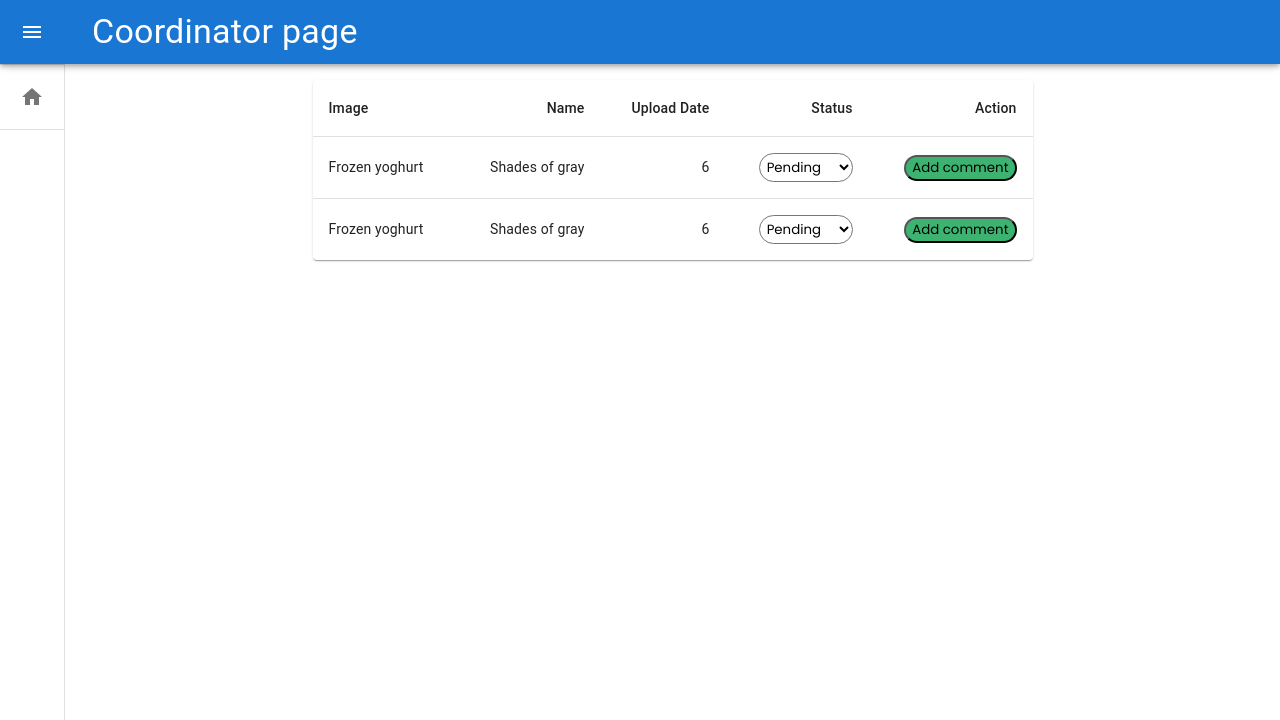
Repository: huynhvanngoan/COMP1640FE-Template
Page: /marketing-dashboard
These files come from the project's save history. The page is drawn as it stood at one moment and after the next save; the edit follows.
The browser window is 1280 px wide. The pictures show the whole page.
The project was rebuilt for these pictures with package versions that can differ from the ones it lists, and the page was loaded fresh each time. Also part of the build but not shown: src/components/buttonStyles.js, src/pages/LoginPage.jsx, src/pages/admin/AdminDashboard.js, src/pages/student/StudentDashboard.jsx, src/pages/department/DepartmentDashboard.jsx, src/pages/guest/GuestDashboard.jsx.

Above is the page before, as saved 2024-03-23 17:13:21.

After the next save:
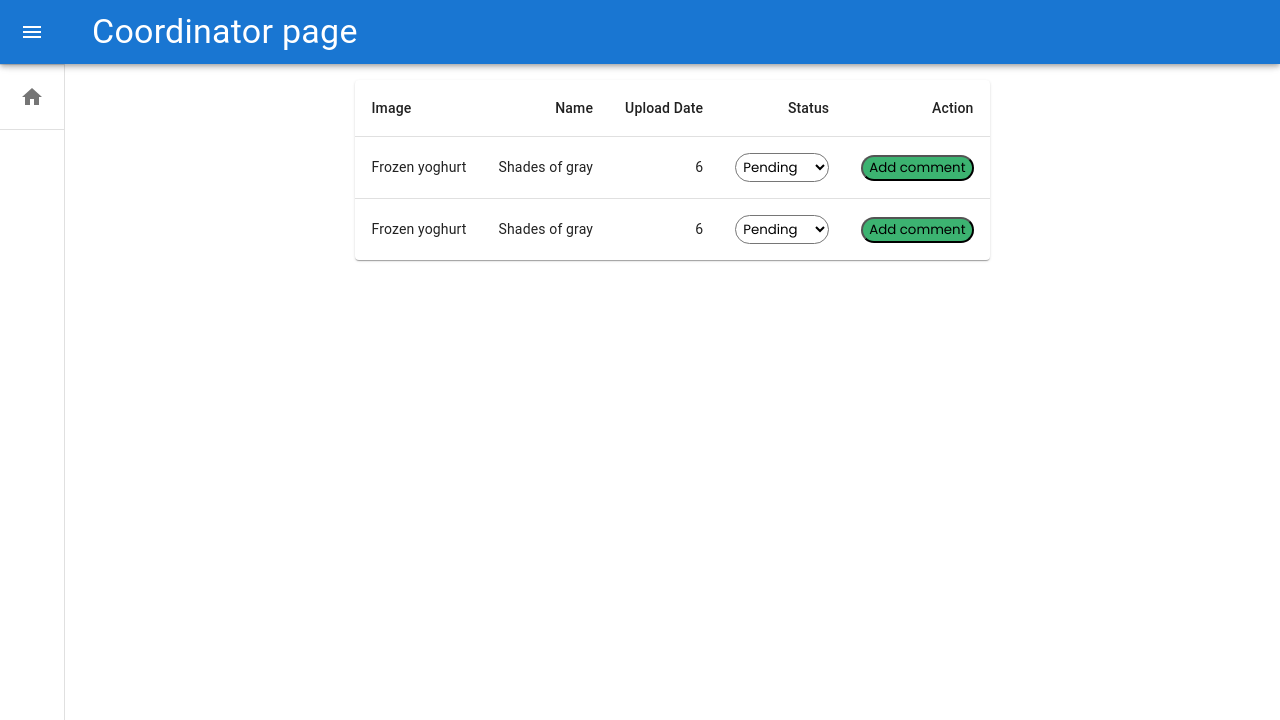
Saved 5 s later.
--- a/src/pages/marketing/MarketingDashboard.jsx
+++ b/src/pages/marketing/MarketingDashboard.jsx
@@ -211,7 +211,7 @@
         sx={{ marginTop: "80px", marginLeft: "auto", // Căn lề bên trái tự động
         marginRight: "auto"}}
       >
-        <TableContainer component={Paper} sx={{ width: "100vh" }}>
+        <TableContainer component={Paper} sx={{ width: "full" }}>
           <Table sx={{ width: "full" }} aria-label="simple table">
             <TableHead>
               <TableRow>

After the save that followed:
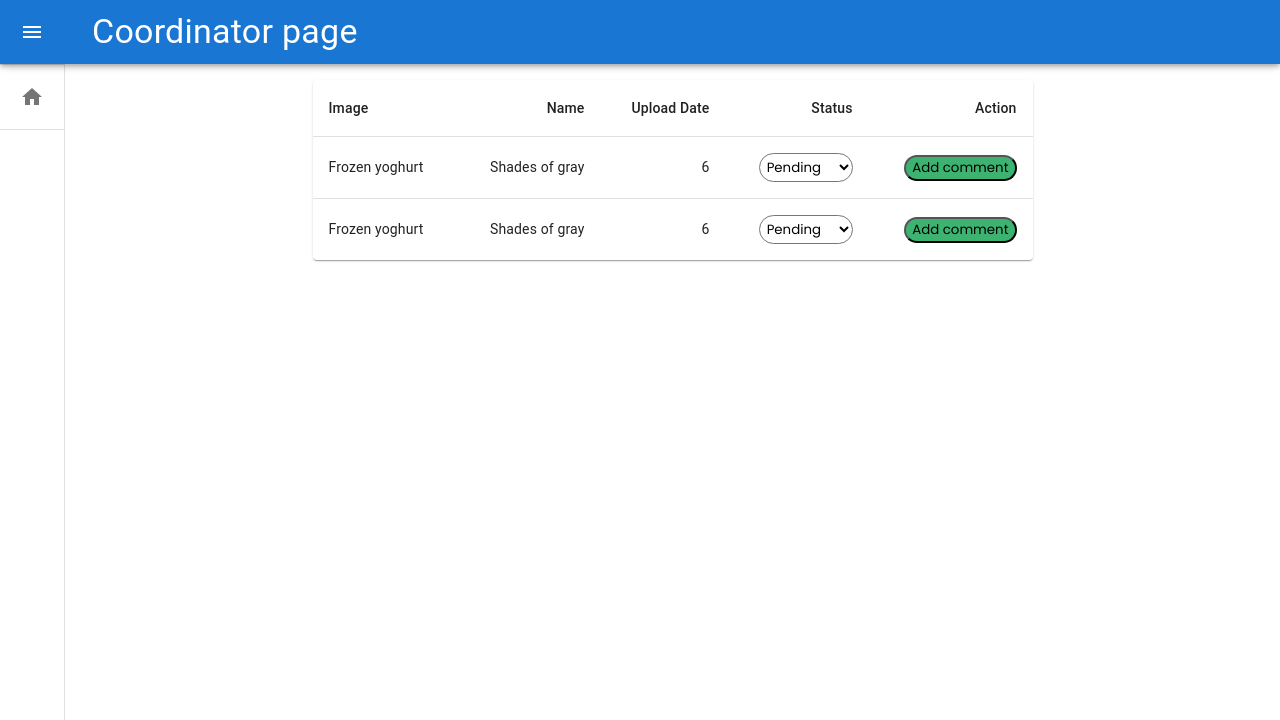
Saved 7 s later.
--- a/src/pages/marketing/MarketingDashboard.jsx
+++ b/src/pages/marketing/MarketingDashboard.jsx
@@ -211,7 +211,7 @@
         sx={{ marginTop: "80px", marginLeft: "auto", // Căn lề bên trái tự động
         marginRight: "auto"}}
       >
-        <TableContainer component={Paper} sx={{ width: "full" }}>
+        <TableContainer component={Paper} sx={{ width: "100vh" }}>
           <Table sx={{ width: "full" }} aria-label="simple table">
             <TableHead>
               <TableRow>
